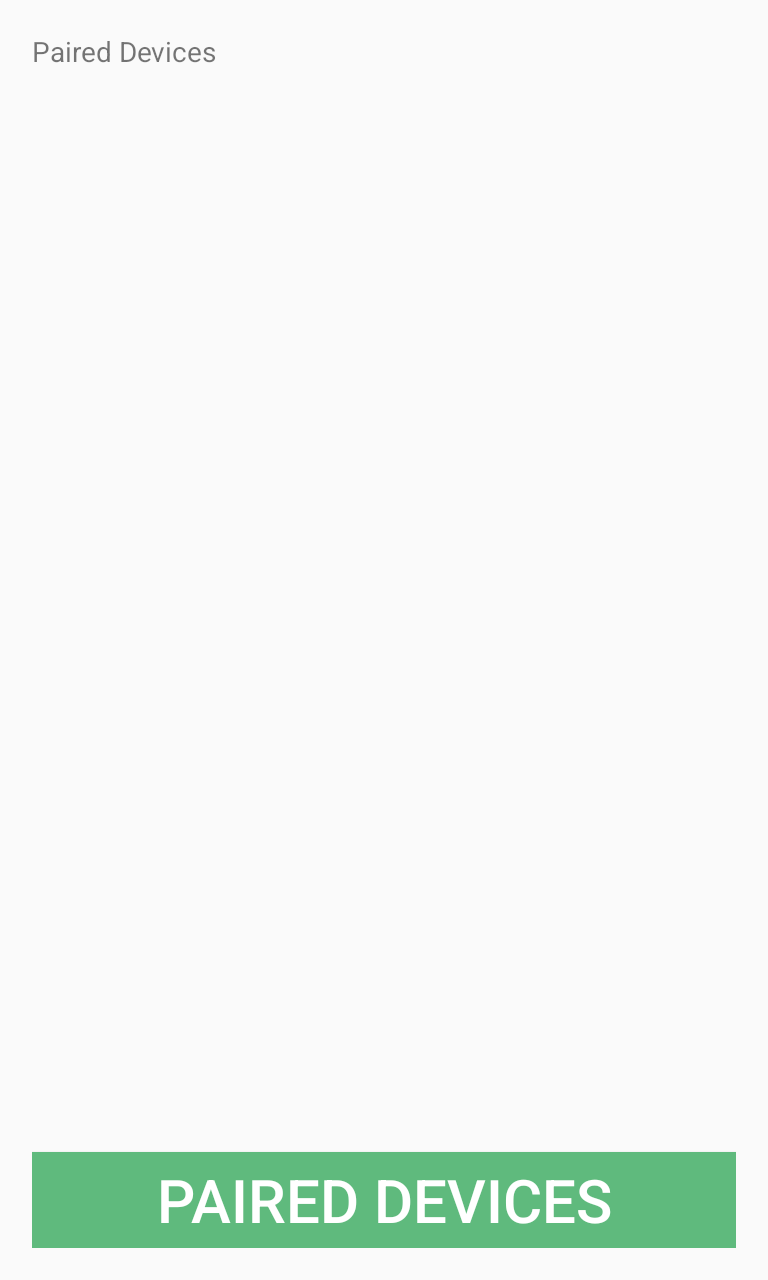
Repository: FisherKei/EclipseWorkspace
Layout: PIC_HC05_DS1307/PIC_HC06_DS1307/res/layout/activity_main.xml
The author's editor kept a copy of each file at every save. The layout is drawn from the files as they stood at one save, then again after the next save.
It is drawn on a 768 x 1280 px phone screen (xhdpi) without system bars, with theme AppTheme; the app's code is not run. Lists and similar views that code fills are empty. The app's manifest (not shown) leaves right-to-left support off. So textAlignment, textDirection and layoutDirection are ignored, and left and right values win over start and end ones.

Above is the layout before, as saved 2016-06-27 13:07:20.

After the next save:
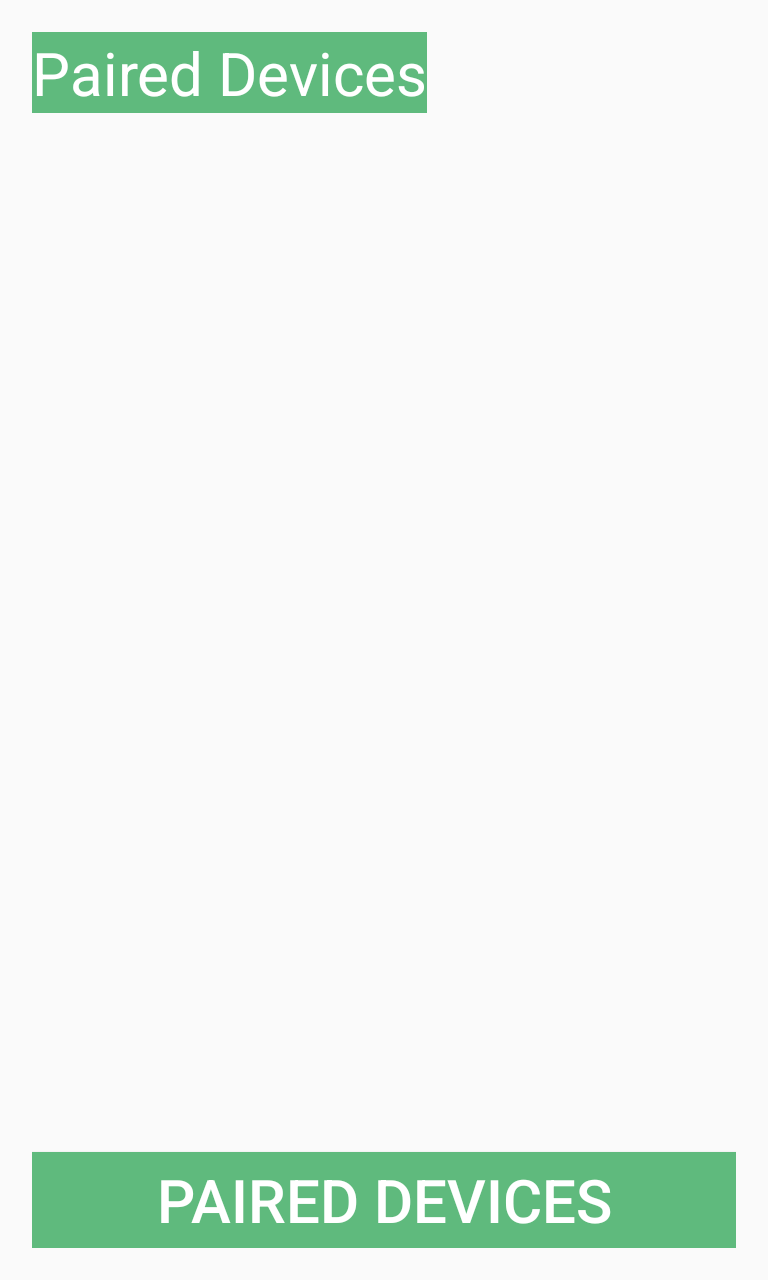
Saved 14 s later.
--- a/PIC_HC05_DS1307/PIC_HC06_DS1307/res/layout/activity_main.xml
+++ b/PIC_HC05_DS1307/PIC_HC06_DS1307/res/layout/activity_main.xml
@@ -8,6 +8,9 @@
     <TextView
         android:layout_width="wrap_content"
         android:layout_height="wrap_content"
+		android:background="#5FBA7D"
+        android:textColor="#ffffff"
+        android:textSize="30sp"
         android:text="@string/strBtnPaired"
         android:id="@+id/textView"
         android:layout_alignParentTop="true"
